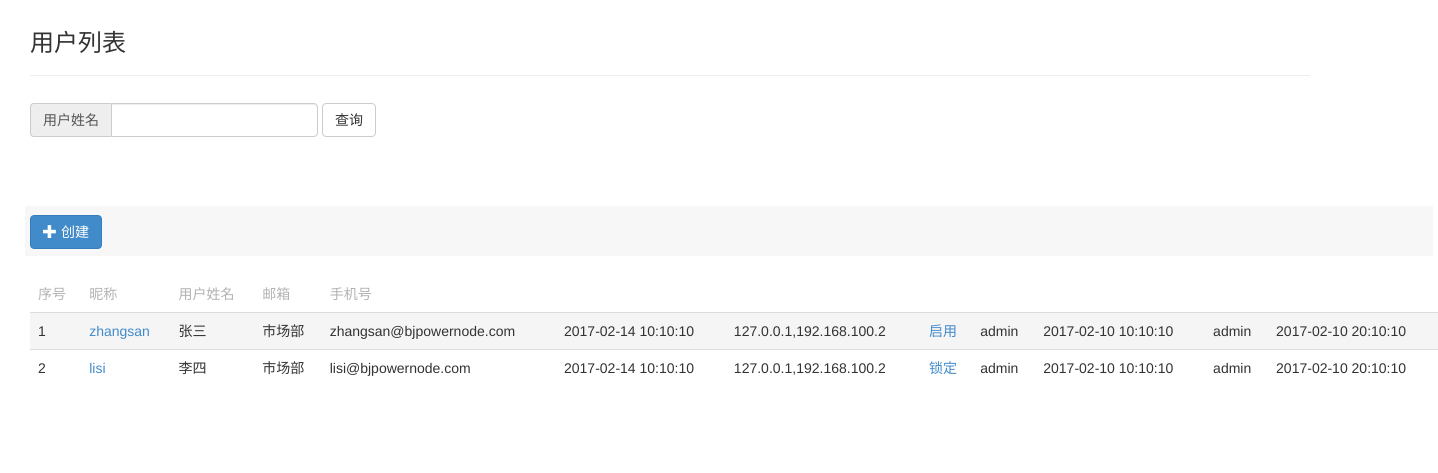
Repository: yangxshn/hsf
Page: hsf/user_consumer/src/main/webapp/index.html
These files come from the project's save history. The page is drawn as it stood at one moment and after the next save; the edit follows.
The browser window is 1280 px wide. The page is 1438 px wide, so the pictures cover 1438 px, including what lies to the right of the window. The pictures show the whole page.

Above is the page before, as saved 2017-09-29 06:49:36.

After the next save:
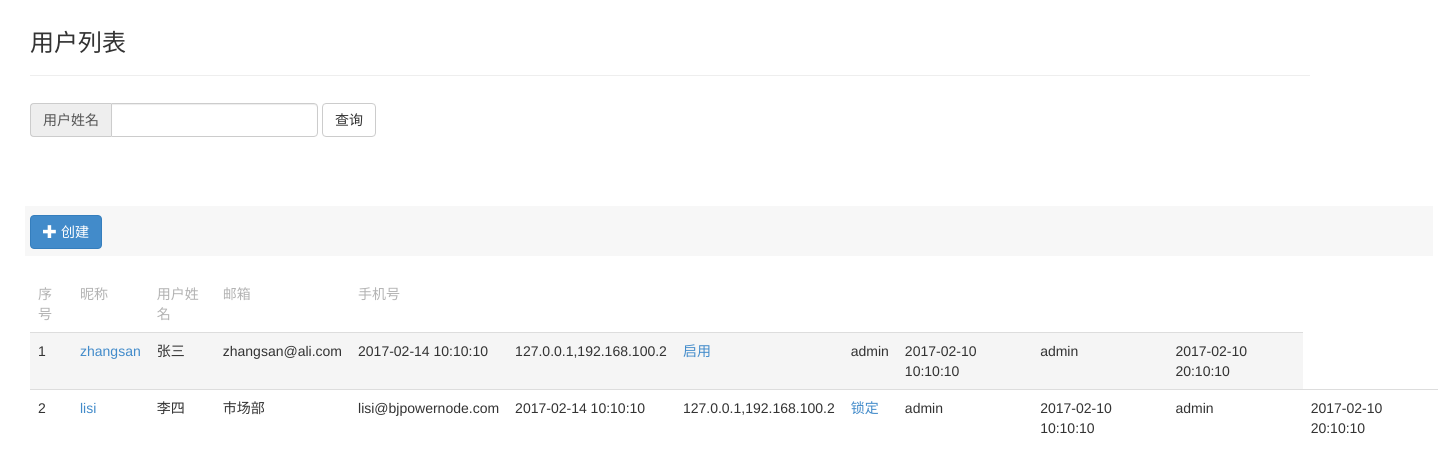
Saved 21 s later.
--- a/hsf/user_consumer/src/main/webapp/index.html
+++ b/hsf/user_consumer/src/main/webapp/index.html
@@ -130,8 +130,7 @@
 					<td>1</td>
 					<td><a  href="detail.html">zhangsan</a></td>
 					<td>张三</td>
-					<td>市场部</td>
-					<td>zhangsan@bjpowernode.com</td>
+					<td>zhangsan@ali.com</td>
 					<td>2017-02-14 10:10:10</td>
 					<td>127.0.0.1,192.168.100.2</td>
 					<td><a href="javascript:void(0);" onclick="window.confirm('您确定要锁定该用户吗？');" style="text-decoration: none;">启用</a></td>
